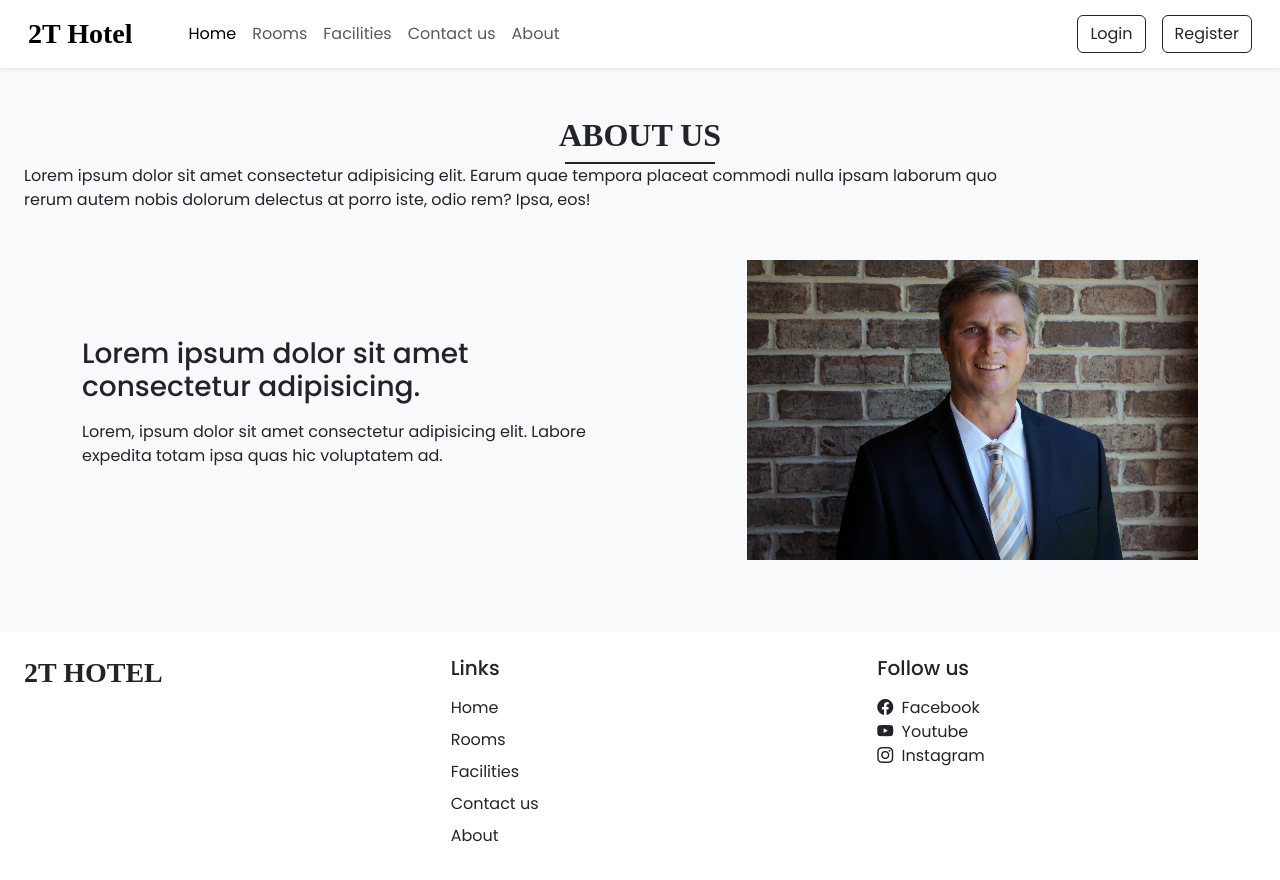
Repository: ntruong0906/desktop-tutorial
Page: http://localhost/about.php
An editor plug-in stored every save of this project. The page is shown before and after the next save, followed by the edit.
The browser window is 1280 px wide. The pictures show the whole page.
Some web fonts or font styles are not loaded; a fallback is used. The page is run by PHP 8.4 with error messages shown; the project is at /var/www/html/.

Above is the page before, as saved 2024-03-19 00:13:55.

### WebsiteBookingHotel/about.php
<!DOCTYPE html>
<html lang="en">

<head>
    <meta charset="UTF-8">
    <meta http-equiv="X-UA-Compatible" content="IE-edge">
    <meta name="viewport" content="width=device-width, initial-scale=1.0">
    <title>2T Hotel - ABOUT</title>
    <?php require('inc/links.php'); ?>
    <style>
    .pop:hover {
        border-top-color: var(--teal) !important;
        transform: scale(1.03);
        transition: all 0.3s;
    }
    </style>
    <link rel="stylesheet" href="https://cdn.jsdelivr.net/npm/swiper@11/swiper-bundle.min.css" />
    <style>
    @media screen and (max-width: 575px) {
        .availability-form {
            margin: 25px;
            padding: 0 35px;
        }
    }
    </style>
</head>

<body class="bg-light">
    <?php require('inc/header.php'); ?>

    <div class="my-5 px-4">
        <h2 class="fw-bold h-font text-center">ABOUT US</h2>
        <div class="h-line bg-dark"></div>
        <p>Lorem ipsum dolor sit amet consectetur adipisicing elit. Earum quae tempora placeat commodi nulla ipsam
            laborum quo <br> rerum autem nobis dolorum delectus at porro iste, odio rem? Ipsa, eos!</p>
    </div>
    <div class="container">
        <div class="row justify-content-between align-items-center">
            <div class="col-lg-6 col-md-5 mb-4">
                <h3 class="mb-3">Lorem ipsum dolor sit amet consectetur adipisicing.</h3>
                <p>Lorem, ipsum dolor sit amet consectetur adipisicing elit. Labore expedita totam ipsa quas hic
                    voluptatem ad.</p>
            </div>
            <div class="col-lg-5 col-md-5 mb-4">
                <img src="images/about/about.jpg" class="w-100">
            </div>
        </div>
    </div>

    <!-- footer -->
    <?php require('inc/footer.php'); ?>




    <!-- <script src="https://cdn.jsdelivr.net/npm/swiper@11/swiper-bundle.min.js"></script>
    <script src="https://cdn.jsdelivr.net/npm/bootstrap@5.3.3/dist/js/bootstrap.bundle.min.js"
        integrity="sha384-YvpcrYf0tY3lHB60NNkmXc5s9fDVZLESaAA55NDzOxhy9GkcIdslK1eN7N6jIeHz" crossorigin="anonymous">
    </script> -->
    <!-- <script>
    var swiper = new Swiper(".swiper-container", {
        spaceBetween: 30,
        effect: "fade",
        loop: true,
        autoplay: {
            delay: 3500,
            disableOnInteraction: false,
        }
    });
    var swiper = new Swiper(".swiper-testimonials", {
        effect: "coverflow",
        grabCursor: true,
        centeredSlides: true,
        slidesPerView: "auto",
        slidesPerView: "3",
        loop: true,
        coverflowEffect: {
            rotate: 50,
            stretch: 0,
            depth: 100,
            modifier: 1,
            slideShadows: false,
        },
        pagination: {
            el: ".swiper-pagination",
        },
        breakpoints: {
            320: {
                slidesPerView: 1,
            },
            640: {
                slidesPerView: 1,
            },
            768: {
                slidesPerView: 2,
            },
            1024: {
                slidesPerView: 3,
            },
        }
    });
    </script> -->
</body>

</html>

### WebsiteBookingHotel/inc/links.php
<link href="https://cdn.jsdelivr.net/npm/bootstrap@5.3.3/dist/css/bootstrap.min.css" rel="stylesheet"
    integrity="sha384-QWTKZyjpPEjISv5WaRU9OFeRpok6YctnYmDr5pNlyT2bRjXh0JMhjY6hW+ALEwIH" crossorigin="anonymous">
<link href="https://fonts.googleapis.com/css2?family=Merienda:wght@400;700&family=Poppins:wght@400;500;600&display=swap"
    rel="stylesheet">
<link rel="stylesheet" href="https://cdn.jsdelivr.net/npm/bootstrap-icons@1.11.3/font/bootstrap-icons.min.css">
<link rel="stylesheet" href="css/common.css">

### WebsiteBookingHotel/inc/header.php
<nav class="navbar navbar-expand-lg navbar-light bg-white px-lg-3 py-lg-2 shadow-sm sticky-top">
    <div class="container-fluid">
        <a class="navbar-brand me-5 fw-bold fs-3 h-font" href="index.php">2T Hotel</a>
        <button class="navbar-toggler shadow-none" type="button" data-bs-toggle="collapse"
            data-bs-target="#navbarSupportedContent" aria-controls="navbarSupportedContent" aria-expanded="false"
            aria-label="Toggle navigation">
            <span class="navbar-toggler-icon"></span>
        </button>
        <div class="collapse navbar-collapse" id="navbarSupportedContent">
            <ul class="navbar-nav me-auto mb-2 mb-lg-0">
                <li class="nav-item">
                    <a class="nav-link active" aria-current="page" href="index.php">Home</a>
                </li>
                <li class="nav-item">
                    <a class="nav-link" href="#">Rooms</a>
                </li>
                <li class="nav-item">
                    <a class="nav-link" href="facilities.php">Facilities</a>
                </li>
                <li class="nav-item">
                    <a class="nav-link" href="#">Contact us</a>
                </li>
                <li class="nav-item">
                    <a class="nav-link" href="about.php">About</a>
                </li>
            </ul>
            <div class="d-flex">
                <button type="button" class="btn btn-outline-dark shadow-none me-lg-3 me-2" data-bs-toggle="modal"
                    data-bs-target="#loginModal">
                    Login
                </button>
                <button type="button" class="btn btn-outline-dark shadow-none " data-bs-toggle="modal"
                    data-bs-target="#registerModal">
                    Register
                </button>
            </div>
        </div>
    </div>
</nav>

<!-- login -->
<div class="modal fade" id="loginModal" data-bs-backdrop="static" data-bs-keyboard="false" tabindex="-1"
    aria-labelledby="staticBackdropLabel" aria-hidden="true">
    <div class="modal-dialog">
        <div class="modal-content">
            <form>
                <div class="modal-header">
                    <h5 class="modal-title d-flex align-item-center">
                        <i class="bi bi-person-circle fs-5 me-2"></i> User login
                    </h5>
                    <button type="reset" class="btn-close shadow-none" data-bs-dismiss="modal"
                        aria-label="Close"></button>
                </div>
                <div class="modal-body">
                    <div class="mb-3">
                        <label class="form-label">Email address</label>
                        <input type="email" class="form-control shadow-none">
                    </div>
                    <div class="mb-4">
                        <label class="form-label">Password</label>
                        <input type="password" class="form-control shadow-none">
                    </div>
                    <div class="d-flex align-items-center justify-content-between mb-2">
                        <button type="submit" class="btn btn-dark shadow-none">LOGIN</button>
                        <a href="javascript: void(0)" class="text-secondary text-decoration-none">Forgot
                            Password?</a>
                    </div>
                </div>
            </form>
        </div>
    </div>
</div>

<!-- Register -->
<div class="modal fade" id="registerModal" data-bs-backdrop="static" data-bs-keyboard="false" tabindex="-1"
    aria-labelledby="staticBackdropLabel" aria-hidden="true">
    <div class="modal-dialog modal-lg">
        <div class="modal-content">
            <form>
                <div class="modal-header">
                    <h5 class="modal-title d-flex align-item-center">
                        <i class="bi bi-person-lines-fill fs-5 me-2"></i>
                        User Registration
                    </h5>
                    <button type="reset" class="btn-close shadow-none" data-bs-dismiss="modal"
                        aria-label="Close"></button>
                </div>
                <div class="modal-body">
                    <span class="badge rounded-pill bg-light text-dark mb-3 text-wrap lh-base">
                        Note: Your details must match with your ID (Aadhar card, passport, driving license, etc.)
                        that will be required dring check-in.
                    </span>
                    <div class="container-fluid">
                        <div class="row">
                            <!-- Name -->
                            <div class="col-md-6 ps-0 mb-3">
                                <label class="form-label">Name</label>
                                <input type="text" class="form-control shadow-none">
                            </div>
                            <!-- Email -->
                            <div class="col-md-6 p-0 mb-3">
                                <label class="form-label">Email</label>
                                <input type="email" class="form-control shadow-none">
                            </div>
                            <!-- Phone Number -->
                            <div class="col-md-6 ps-0 mb-3">
                                <label class="form-label">Phone Number</label>
                                <input type="number" class="form-control shadow-none">
                            </div>
                            <!-- Picture -->
                            <div class="col-md-6 p-0 mb-3">
                                <label class="form-label">Picture</label>
                                <input type="file" class="form-control shadow-none">
                            </div>
                            <!-- Address -->
                            <div class="col-md-12 p-0 mb-3">
                                <label class="form-label">Address</label>
                                <textarea class="form-control shadow-none" rows="1"></textarea>
                            </div>
                            <!-- Pincode -->
                            <div class="col-md-6 ps-0 mb-3">
                                <label class="form-label">Pincode</label>
                                <input type="number" class="form-control shadow-none">
                            </div>
                            <!-- Date of birth -->
                            <div class="col-md-6 p-0 mb-3">
                                <label class="form-label">Date of birth</label>
                                <input type="date" class="form-control shadow-none">
                            </div>
                            <!-- Password -->
                            <div class="col-md-6 ps-0 mb-3">
                                <label class="form-label">Password</label>
                                <input type="password" class="form-control shadow-none">
                            </div>
                            <!-- Comfirm Password -->
                            <div class="col-md-6 p-0 mb-3">
                                <label class="form-label">Comfirm Password</label>
                                <input type="password" class="form-control shadow-none">
                            </div>
                        </div>
                    </div>
                    <div class="text-center my-1">
                        <button type="submit" class="btn btn-dark shadow-none">REGISTER</button>
                    </div>
                </div>
            </form>
        </div>
    </div>
</div>

### WebsiteBookingHotel/inc/footer.php
<div class="container-fluid bg-white mt-5">
    <div class="row">
        <div class="col-lg-4 p-4">
            <h3 class="h-font fw-bold fs-3">2T HOTEL</h3>
            <p>

            </p>
        </div>
        <div class="col-lg-4 p-4">
            <h5 class="mb-3">Links</h5>
            <a href="#" class="d-inline-block mb-2 text-dark text-decoration-none">Home</a><br>
            <a href="#" class="d-inline-block mb-2 text-dark text-decoration-none">Rooms</a><br>
            <a href="#" class="d-inline-block mb-2 text-dark text-decoration-none">Facilities</a><br>
            <a href="#" class="d-inline-block mb-2 text-dark text-decoration-none">Contact us</a><br>
            <a href="#" class="d-inline-block mb-2 text-dark text-decoration-none">About</a>
        </div>
        <div class="col-lg-4 p-4">
            <h5 class="mb-3">Follow us</h5>
            <a href="#" class="d-inline-block text-dark text-decoration-none md-2">
                <i class="bi bi-facebook me-1"></i> Facebook
            </a><br>
            <a href="#" class="d-inline-block text-dark text-decoration-none md-2">
                <i class="bi bi-youtube me-1"></i> Youtube
            </a><br>
            <a href="#" class="d-inline-block text-dark text-decoration-none ">
                <i class="bi bi-instagram me-1"></i> Instagram
            </a><br>
        </div>
    </div>
</div>

### WebsiteBookingHotel/css/common.css
:root{
    --teal: #2ec1ac;
    --teal_hover: #279e8c;
}

* {
    font-family: 'Poppins', sans-serif;
}

.h-font {
    font-family: 'Merienda', cursive;
}

input::-webkit-outer-spin-button,
input::-webkit-inner-spin-button {
    -webkit-appearance: none;
    margin: 0;
}

/* input[type=number] {
    -moz-appearance: textfield;
} */

.custom-bg {
    background-color: var(--teal);
    border: 1px solid var(--teal);
}

.custom-bg:hover {
    background-color: var(--teal_hover);
    border-color: var(--teal_hover);
}

.availability-form {
    margin-top: -50px;
    z-index: 2;
    position: relative;
}
.h-line{
    width: 150px ;
    margin: 0 auto;
    height: 1.7px;
}

After the next save:
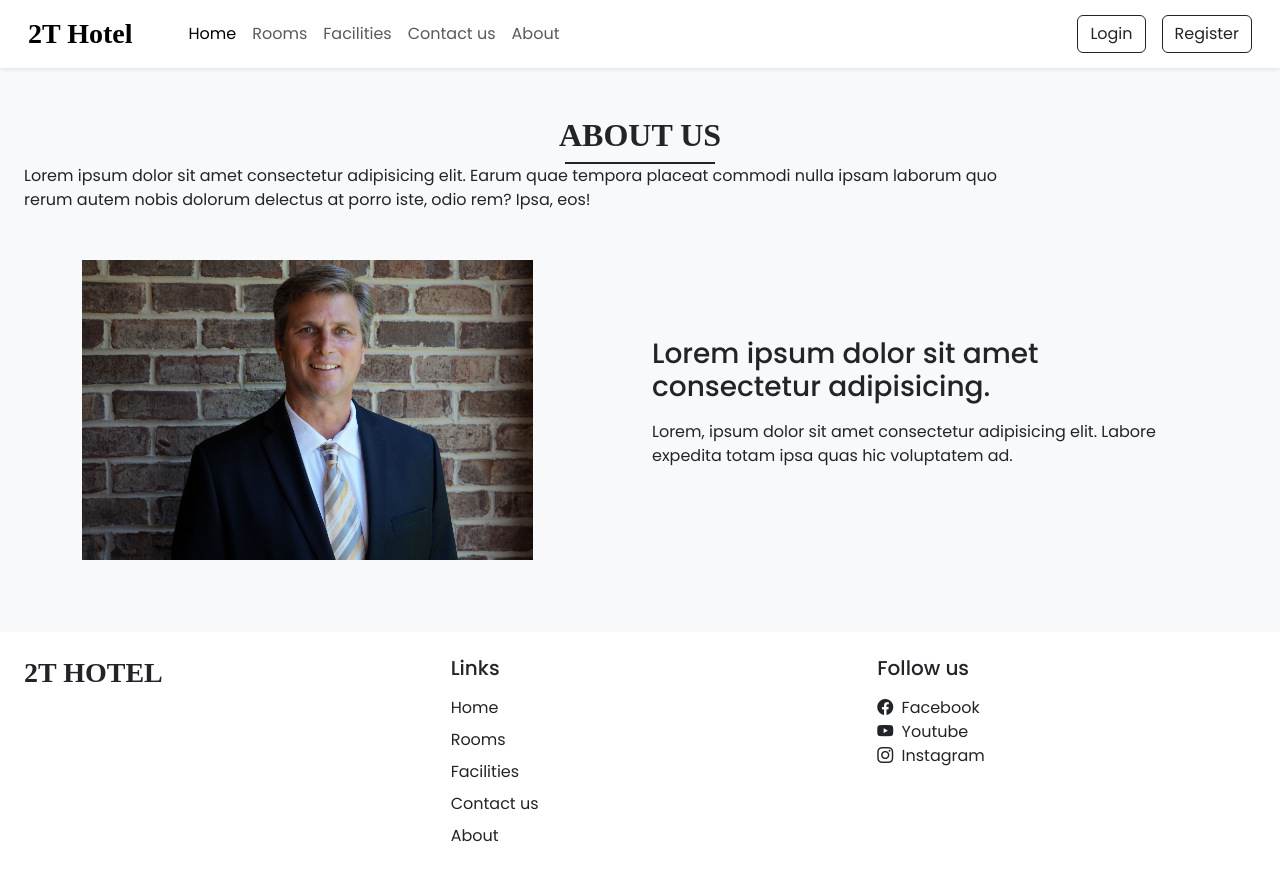
Saved 63 s later.
--- a/WebsiteBookingHotel/about.php
+++ b/WebsiteBookingHotel/about.php
@@ -36,12 +36,12 @@
     </div>
     <div class="container">
         <div class="row justify-content-between align-items-center">
-            <div class="col-lg-6 col-md-5 mb-4">
+            <div class="col-lg-6 col-md-5 mb-4 order-2">
                 <h3 class="mb-3">Lorem ipsum dolor sit amet consectetur adipisicing.</h3>
                 <p>Lorem, ipsum dolor sit amet consectetur adipisicing elit. Labore expedita totam ipsa quas hic
                     voluptatem ad.</p>
             </div>
-            <div class="col-lg-5 col-md-5 mb-4">
+            <div class="col-lg-5 col-md-5 mb-4 order-1">
                 <img src="images/about/about.jpg" class="w-100">
             </div>
         </div>

After the save that followed:
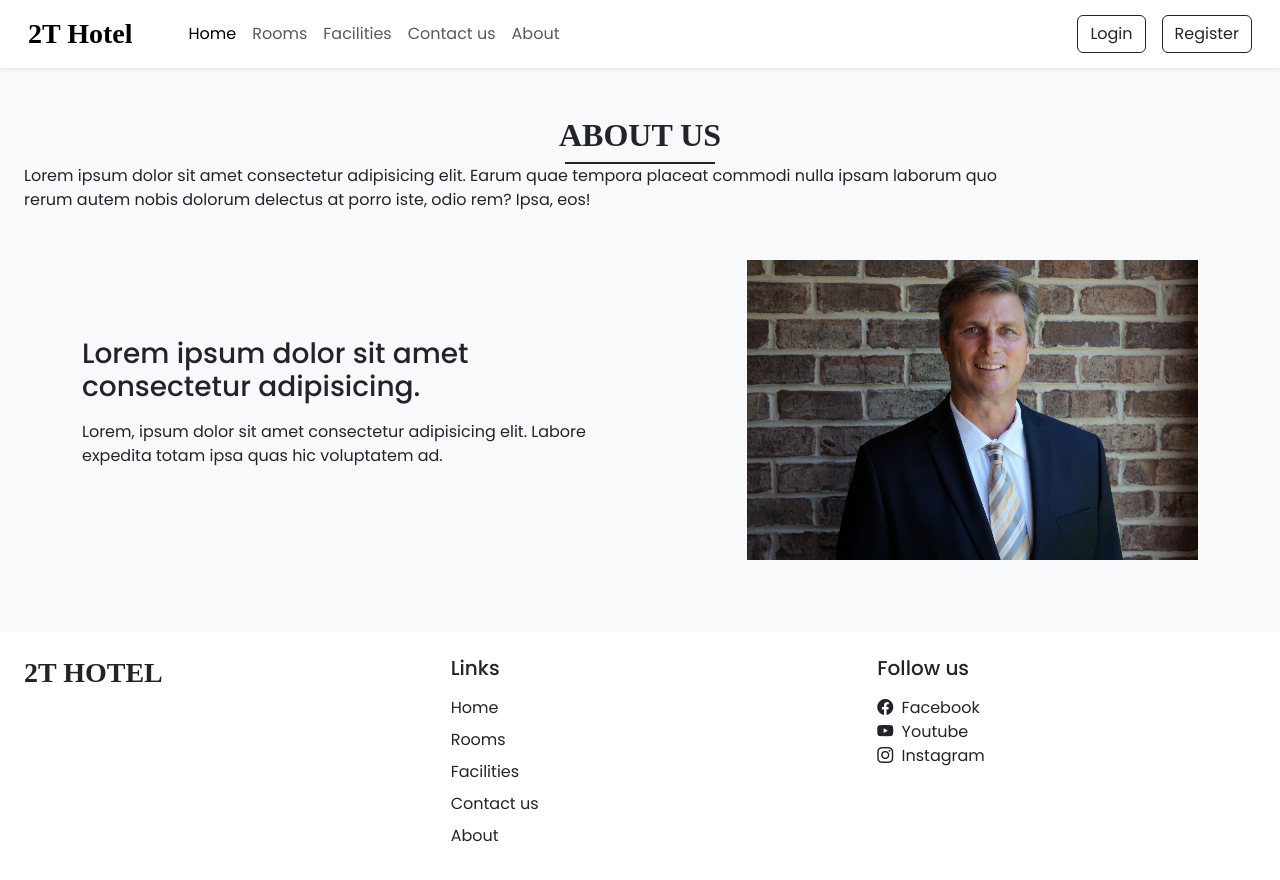
Saved 46 s later.
--- a/WebsiteBookingHotel/about.php
+++ b/WebsiteBookingHotel/about.php
@@ -36,12 +36,12 @@
     </div>
     <div class="container">
         <div class="row justify-content-between align-items-center">
-            <div class="col-lg-6 col-md-5 mb-4 order-2">
+            <div class="col-lg-6 col-md-5 mb-4 order-lg-1 order-2">
                 <h3 class="mb-3">Lorem ipsum dolor sit amet consectetur adipisicing.</h3>
                 <p>Lorem, ipsum dolor sit amet consectetur adipisicing elit. Labore expedita totam ipsa quas hic
                     voluptatem ad.</p>
             </div>
-            <div class="col-lg-5 col-md-5 mb-4 order-1">
+            <div class="col-lg-5 col-md-5 mb-4 order-lg-2 order-1">
                 <img src="images/about/about.jpg" class="w-100">
             </div>
         </div>
